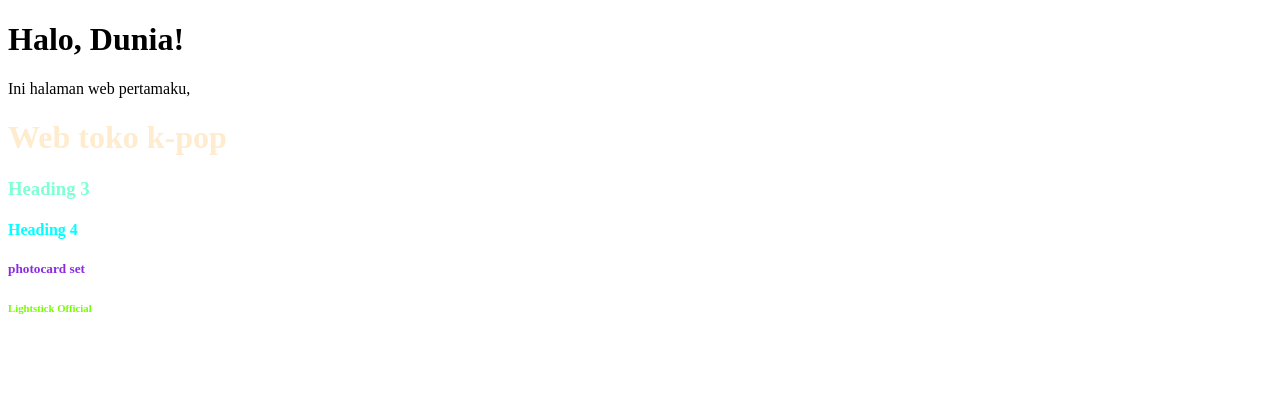
Repository: sekartazivi/241552010020-Web-Application-Development
Page: test.html
The author's editor kept a copy of each file at every save. The page is drawn from the files as they stood at one save, then again after the next save.
The browser window is 1280 px wide. The pictures show the whole page.

Above is the page before, as saved 2026-02-20 08:37:37.

### test.html
<!DOCTYPE html>
<html lang="en">
<head>
    <meta charset="UTF-8">
    <meta name="viewport" content="width=device-width, initial-scale=<,>">
    <title>Document</title>
</head>
<body>
    <h1>Halo, Dunia!</h1>
    <p>Ini halaman web pertamaku,</p>
    <h1 style="color: blanchedalmond;">Web toko k-pop</h1>
    <h2 style="color: bisque;"></h2>
    <h3 style="color: aquamarine;" >Heading 3</h3>
    <h4 style="color: aqua;" >Heading 4</h4>
    <h5 style="color: blueviolet;">photocard set</h5>
    <h6 style="color: rgb(119, 255, 0);">Lightstick Official</h6>
</body>
</html>

After the next save:
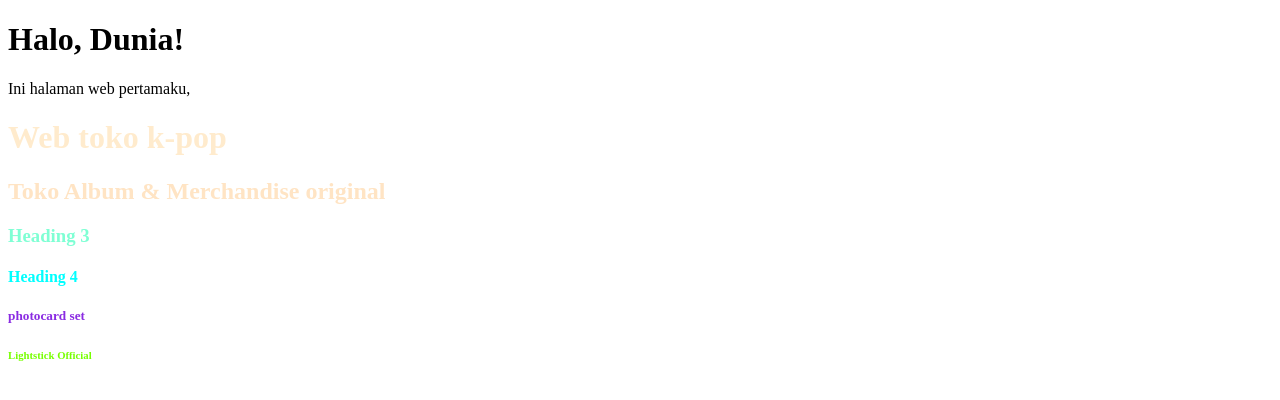
Saved 14 s later.
--- a/test.html
+++ b/test.html
@@ -9,7 +9,7 @@
     <h1>Halo, Dunia!</h1>
     <p>Ini halaman web pertamaku,</p>
     <h1 style="color: blanchedalmond;">Web toko k-pop</h1>
-    <h2 style="color: bisque;"></h2>
+    <h2 style="color: bisque;">Toko Album & Merchandise original</h2>
     <h3 style="color: aquamarine;" >Heading 3</h3>
     <h4 style="color: aqua;" >Heading 4</h4>
     <h5 style="color: blueviolet;">photocard set</h5>
